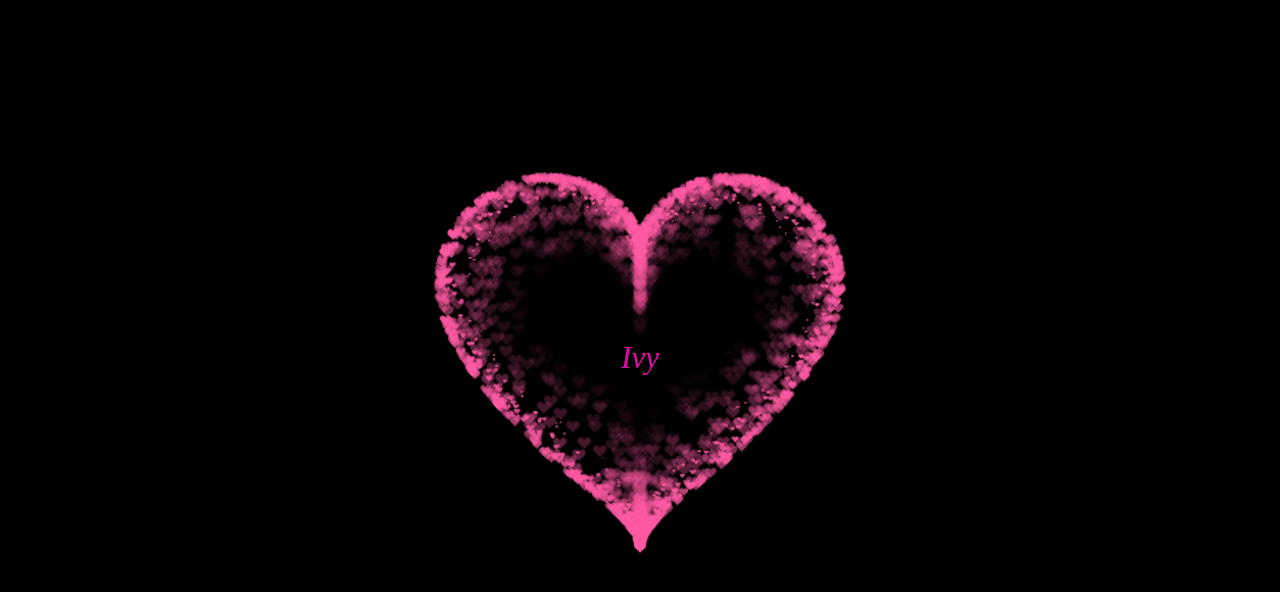
Repository: thaiduy1704/Heart
Page: index.html
An editor plug-in stored every save of this project. The page is shown before and after the next save, followed by the edit.
The browser window is 1280 px wide. The pictures show the whole page.

Above is the page before, as saved 2022-11-10 17:23:16.

### index.html
<!DOCTYPE HTML PUBLIC "-//W3C//DTD HTML 4.0 Transitional//EN">
<HTML>
 <HEAD>
  <TITLE> LE VY HEART</TITLE>
  <META NAME="Generator" CONTENT="EditPlus">
  <META NAME="Author" CONTENT="">
  <META NAME="Keywords" CONTENT="">
  <META NAME="Description" CONTENT="">


  <style>
  html, body {
  height: 100%;
  padding: 0;
  margin: 0;
  background: #000;
  display: flex;
  justify-content: center;
  align-items: center;

}

.box {
  width: 100%;
  position: absolute;
  top: 50%;
  left: 50%;
  transform: translate(-50%, -50%);
  display: flex;
  flex-direction: column;
}

canvas {
  position: absolute;
  width: 100%;
  height: 100%;
}
#pinkboard {
  position: relative;
  margin: auto;
  height: 500px;
  width: 500px;
  animation: animate 1.3s infinite;
}

#pinkboard:before, #pinkboard:after {
  content: '';
  position: absolute;
  background: #FF5CA4;
  width: 100px;
  height: 160px;
  border-top-left-radius: 50px;
  border-top-right-radius: 50px;
}

#pinkboard:before {
  left: 100px;
  transform: rotate(-45deg);
  transform-origin: 0 100%;
  box-shadow: 0 14px 28px rgba(0,0,0,0.25),
              0 10px 10px rgba(0,0,0,0.22);
}

#pinkboard:after {
  left: 0;
  transform: rotate(45deg);
  transform-origin: 100% 100%;
}

@keyframes animate {
  0% {
    transform: scale(1);
  }
  30% {
    transform: scale(.8);
  }
  60% {
    transform: scale(1.2);
  }
  100% {
    transform: scale(1);
  }
}
  </style>
 </HEAD>

 <BODY>
   <div class="box">
      <canvas id="pinkboard"></canvas>
   </div>
  <script>
  /*
 * Settings
 */
var settings = {
  particles: {
    length:   2000, // maximum amount of particles
    duration:   2, // particle duration in sec
    velocity: 100, // particle velocity in pixels/sec
    effect: -1.3, // play with this for a nice effect
    size:     15 , // particle size in pixels
  },
};
/*
 * RequestAnimationFrame polyfill by Erik Möller
 */
(function(){var b=0;var c=["ms","moz","webkit","o"];for(var a=0;a<c.length&&!window.requestAnimationFrame;++a){window.requestAnimationFrame=window[c[a]+"RequestAnimationFrame"];window.cancelAnimationFrame=window[c[a]+"CancelAnimationFrame"]||window[c[a]+"CancelRequestAnimationFrame"]}if(!window.requestAnimationFrame){window.requestAnimationFrame=function(h,e){var d=new Date().getTime();var f=Math.max(0,16-(d-b));var g=window.setTimeout(function(){h(d+f)},f);b=d+f;return g}}if(!window.cancelAnimationFrame){window.cancelAnimationFrame=function(d){clearTimeout(d)}}}());
/*
 * Point class
 */
var Point = (function() {
  function Point(x, y) {
    this.x = (typeof x !== 'undefined') ? x : 0;
    this.y = (typeof y !== 'undefined') ? y : 0;
  }
  Point.prototype.clone = function() {
    return new Point(this.x, this.y);
  };
  Point.prototype.length = function(length) {
    if (typeof length == 'undefined')
      return Math.sqrt(this.x * this.x + this.y * this.y);
    this.normalize();
    this.x *= length;
    this.y *= length;
    return this;
  };
  Point.prototype.normalize = function() {
    var length = this.length();
    this.x /= length;
    this.y /= length;
    return this;
  };
  return Point;
})();
/*
 * Particle class
 */
var Particle = (function() {
  function Particle() {
    this.position = new Point();
    this.velocity = new Point();
    this.acceleration = new Point();
    this.age = 0;
  }
  Particle.prototype.initialize = function(x, y, dx, dy) {
    this.position.x = x;
    this.position.y = y;
    this.velocity.x = dx;
    this.velocity.y = dy;
    this.acceleration.x = dx * settings.particles.effect;
    this.acceleration.y = dy * settings.particles.effect;
    this.age = 0;
  };
  Particle.prototype.update = function(deltaTime) {
    this.position.x += this.velocity.x * deltaTime;
    this.position.y += this.velocity.y * deltaTime;
    this.velocity.x += this.acceleration.x * deltaTime;
    this.velocity.y += this.acceleration.y * deltaTime;
    this.age += deltaTime;
  };
  Particle.prototype.draw = function(context, image) {
    function ease(t) {
      return (--t) * t * t + 1;
    }
    var size = image.width * ease(this.age / settings.particles.duration);
    context.globalAlpha = 1 - this.age / settings.particles.duration;
    context.drawImage(image, this.position.x - size / 2, this.position.y - size / 2, size, size);
  };
  return Particle;
})();
/*
 * ParticlePool class
 */
var ParticlePool = (function() {
  var particles,
      firstActive = 0,
      firstFree   = 0,
      duration    = settings.particles.duration;

  function ParticlePool(length) {
    // create and populate particle pool
    particles = new Array(length);
    for (var i = 0; i < particles.length; i++)
      particles[i] = new Particle();
  }
  ParticlePool.prototype.add = function(x, y, dx, dy) {
    particles[firstFree].initialize(x, y, dx, dy);

    // handle circular queue
    firstFree++;
    if (firstFree   == particles.length) firstFree   = 0;
    if (firstActive == firstFree       ) firstActive++;
    if (firstActive == particles.length) firstActive = 0;
  };
  ParticlePool.prototype.update = function(deltaTime) {
    var i;

    // update active particles
    if (firstActive < firstFree) {
      for (i = firstActive; i < firstFree; i++)
        particles[i].update(deltaTime);
    }
    if (firstFree < firstActive) {
      for (i = firstActive; i < particles.length; i++)
        particles[i].update(deltaTime);
      for (i = 0; i < firstFree; i++)
        particles[i].update(deltaTime);
    }

    // remove inactive particles
    while (particles[firstActive].age >= duration && firstActive != firstFree) {
      firstActive++;
      if (firstActive == particles.length) firstActive = 0;
    }


  };
  ParticlePool.prototype.draw = function(context, image) {
    // draw active particles
    if (firstActive < firstFree) {
      for (i = firstActive; i < firstFree; i++)
        particles[i].draw(context, image);
    }
    if (firstFree < firstActive) {
      for (i = firstActive; i < particles.length; i++)
        particles[i].draw(context, image);
      for (i = 0; i < firstFree; i++)
        particles[i].draw(context, image);
    }
  };
  return ParticlePool;
})();
/*
 * Putting it all together
 */
(function(canvas) {
  var context = canvas.getContext('2d'),
      particles = new ParticlePool(settings.particles.length),
      particleRate = settings.particles.length / settings.particles.duration, // particles/sec
      time;

  // get point on heart with -PI <= t <= PI
  function pointOnHeart(t) {
    return new Point(
      160 * Math.pow(Math.sin(t), 3),
      130 * Math.cos(t) - 50 * Math.cos(2 * t) - 20 * Math.cos(3 * t) - 10 * Math.cos(4 * t) + 25
    );
  }

  // creating the particle image using a dummy canvas
  var image = (function() {
    var canvas  = document.createElement('canvas'),
        context = canvas.getContext('2d');
    canvas.width  = settings.particles.size;
    canvas.height = settings.particles.size;
    // helper function to create the path
    function to(t) {
      var point = pointOnHeart(t);
      point.x = settings.particles.size / 2 + point.x * settings.particles.size / 350;
      point.y = settings.particles.size / 2 - point.y * settings.particles.size / 350;
      return point;
    }
    // create the path
    context.beginPath();
    var t = -Math.PI;
    var point = to(t);
    context.moveTo(point.x, point.y);
    while (t < Math.PI) {
      t += 0.01; // baby steps!
      point = to(t);
      context.lineTo(point.x, point.y);
    }
    context.closePath();
    // create the fill
    context.fillStyle = '#FF5CA4';
    context.fill();
    // create the image
    var image = new Image();
    image.src = canvas.toDataURL();
    return image;
  })();

  // render that thing!
  function render() {
    // next animation frame
    requestAnimationFrame(render);

    // update time
    var newTime   = new Date().getTime() / 1000,
        deltaTime = newTime - (time || newTime);
    time = newTime;

    // clear canvas
    context.clearRect(0, 0, canvas.width, canvas.height);

    // create new particles
    var amount = particleRate * deltaTime;
    for (var i = 0; i < amount; i++) {
      var pos = pointOnHeart(Math.PI - 2 * Math.PI * Math.random());
      var dir = pos.clone().length(settings.particles.velocity);
      particles.add(canvas.width / 2 + pos.x, canvas.height / 2 - pos.y, dir.x, -dir.y);
    }

    // update and draw particles
    particles.update(deltaTime);
    particles.draw(context, image);
  }

  // handle (re-)sizing of the canvas
  function onResize() {
    canvas.width  = canvas.clientWidth;
    canvas.height = canvas.clientHeight;
  }
  window.onresize = onResize;

  // delay rendering bootstrap
  setTimeout(function() {
    onResize();
    render();
  }, 10);
})(document.getElementById('pinkboard'));
  </script>
  <div class="center-text",
  style="background-color:rgb(0, 0, 0);
        width: 100%;
        color: rgb(225, 12, 168);
        height:100%;
        font-size: 31px;
        font-style: italic;
        display: flex;
        align-items: center;
        justify-content: center;
        margin-bottom: 5px;
        text-align: center;">Ivy</div>
 </BODY>
</HTML>

After the next save:
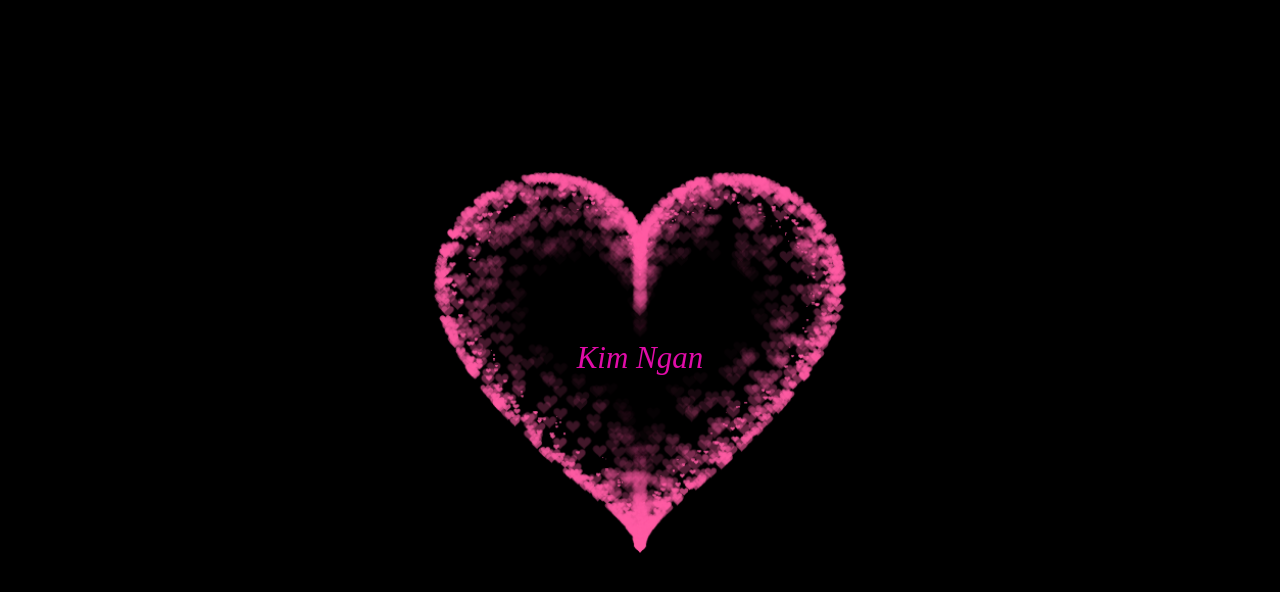
Saved 4 min 8 s later.
--- a/index.html
+++ b/index.html
@@ -331,6 +331,6 @@ var ParticlePool = (function() {
         align-items: center;
         justify-content: center;
         margin-bottom: 5px;
-        text-align: center;">Ivy</div>
+        text-align: center;">Kim Ngan</div>
  </BODY>
 </HTML>
